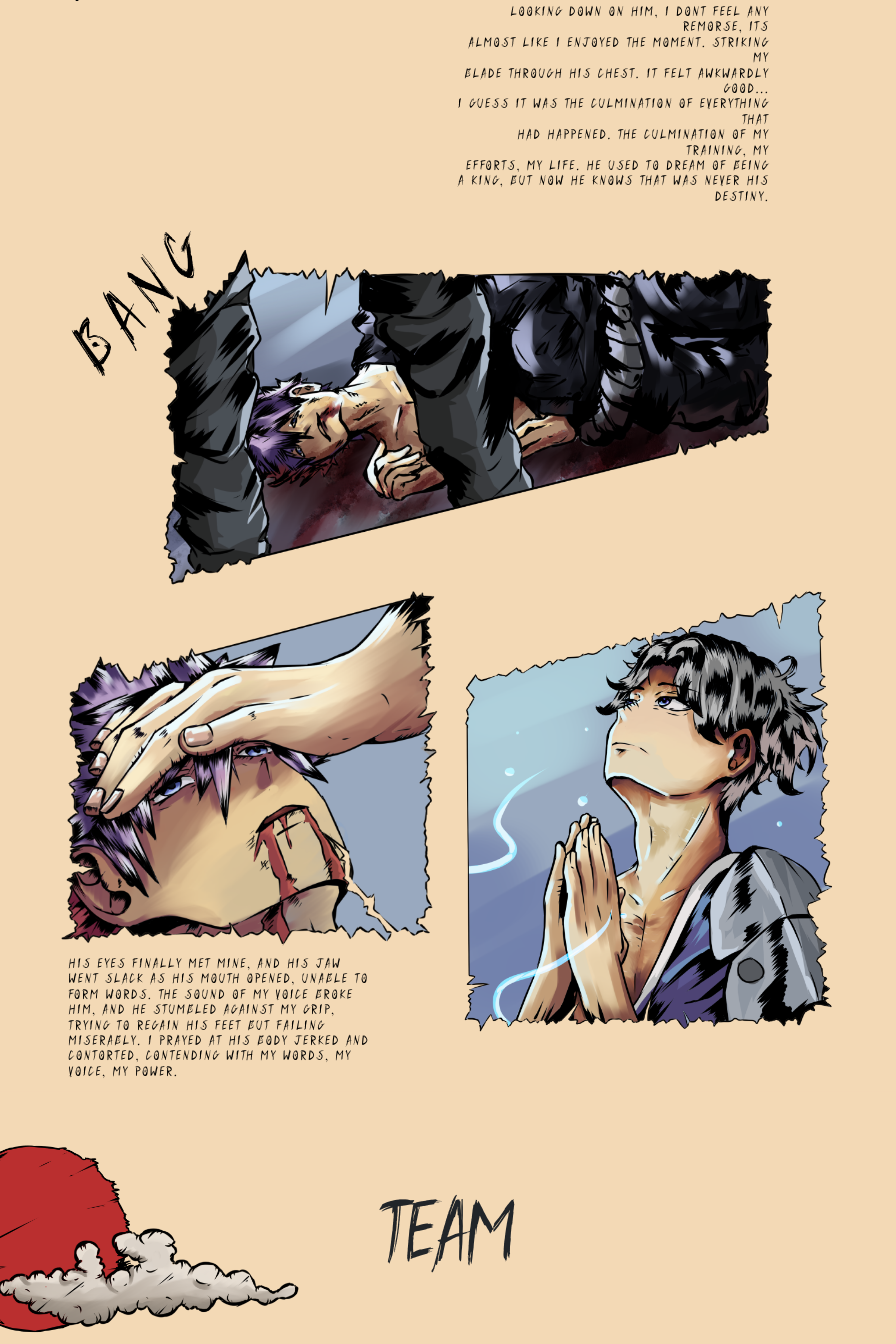
Repository: abzStudio/Kabuto-Web-notCompeleted
Page: index.html
These files come from the project's save history. The page is drawn as it stood at one moment and after the next save; the edit follows.
The browser window is 1280 px wide. The pictures show the part of the page from y = 1524 to 3444 px (the page is 4807 px tall before and 4829 px after), at 70% of full size.
Some web libraries are served in a nearby version.

Above is the page before, as saved 2023-03-16 03:05:23.

After the next save:
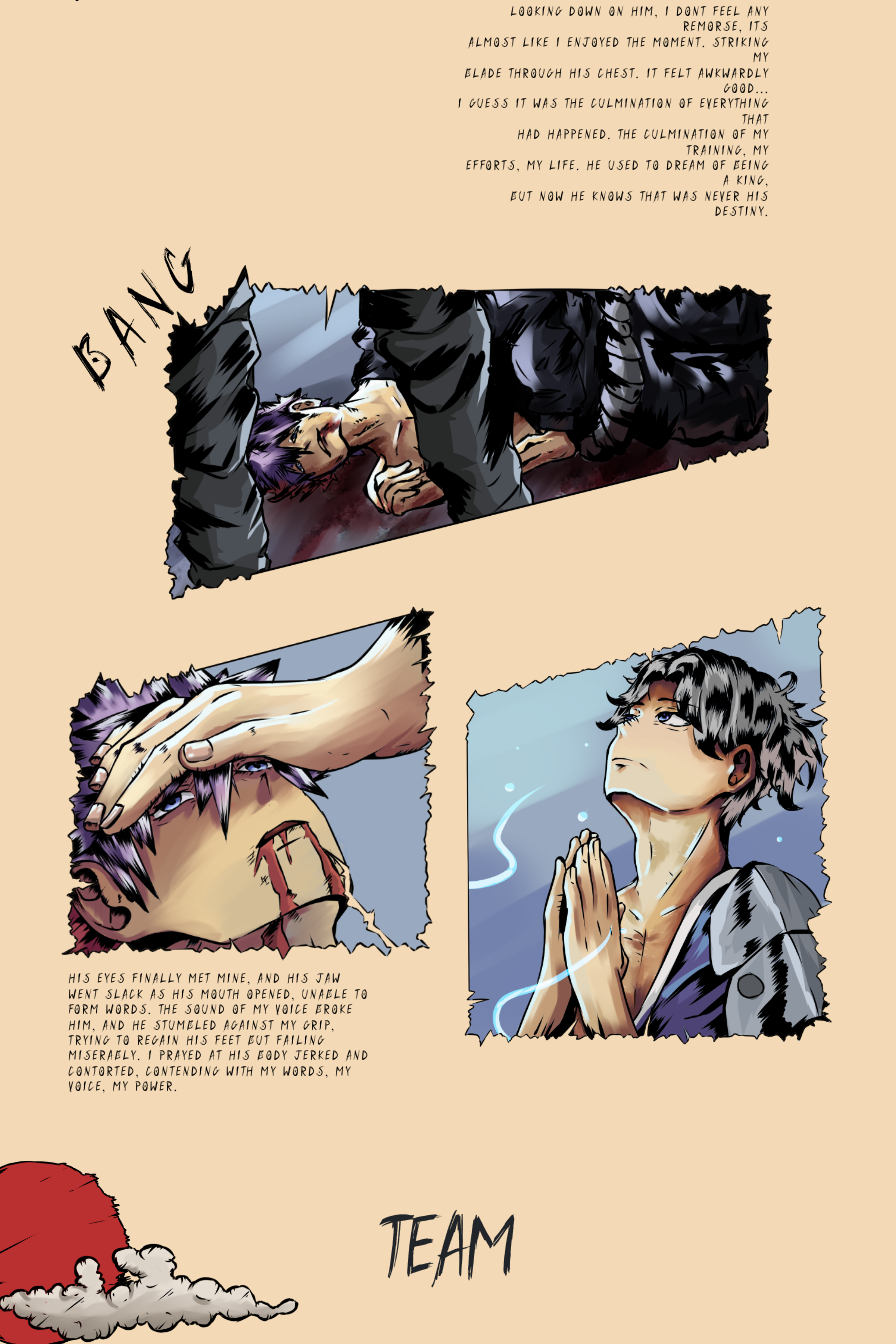
Saved 9 s later.
--- a/index.html
+++ b/index.html
@@ -80,7 +80,7 @@
                 <img src="asset/images/story_2.png" class="story_two" alt="Story two">
               <div class="div_text">
                           <p class="text_p"> Looking down on him, I dont feel any remorse, its <br/>almost like I enjoyed the moment. Striking my <br/>blade through his chest. It felt awkwardly good...<br/> I guess it was the culmination of everything that <br/>
-                        had happened. The culmination of my training, my <br/>efforts, my life.  He used to dream of being a king, but now he knows that was never his destiny.</p>
+                        had happened. The culmination of my training, my <br/>efforts, my life.  He used to dream of being a king,<br/> but now he knows that was never his destiny.</p>
 </div>
             </div>
         </div>
